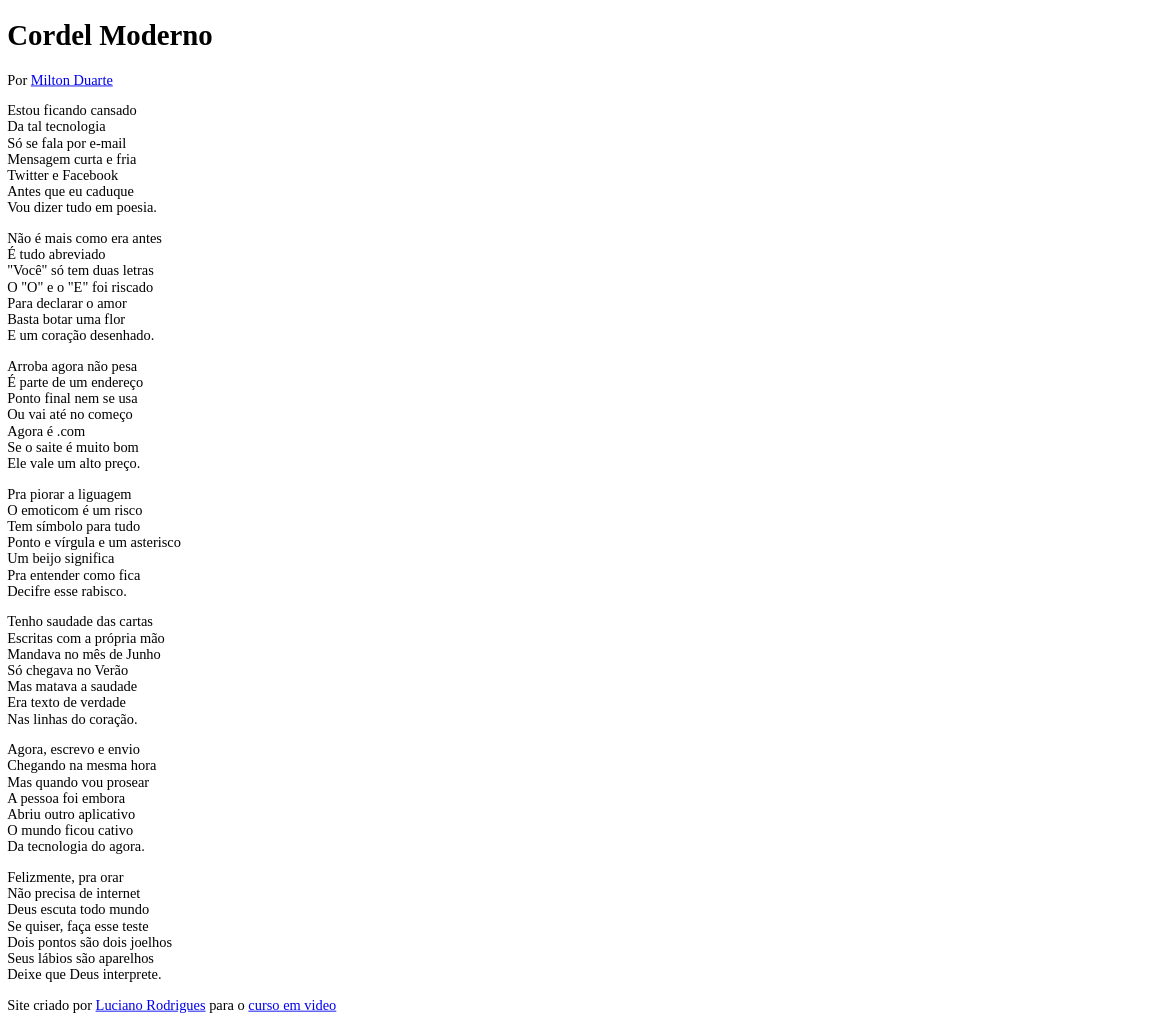
Repository: Lucianorodriguesdev/cursoHTML-CSS
Page: dasafios/index.html
These files come from the project's save history. The page is drawn as it stood at one moment and after the next save; the edit follows.
The browser window is 1280 px wide. The pictures show the whole page, at 90% of full size.

Above is the page before, as saved 2026-06-17 08:58:09.

After the next save:
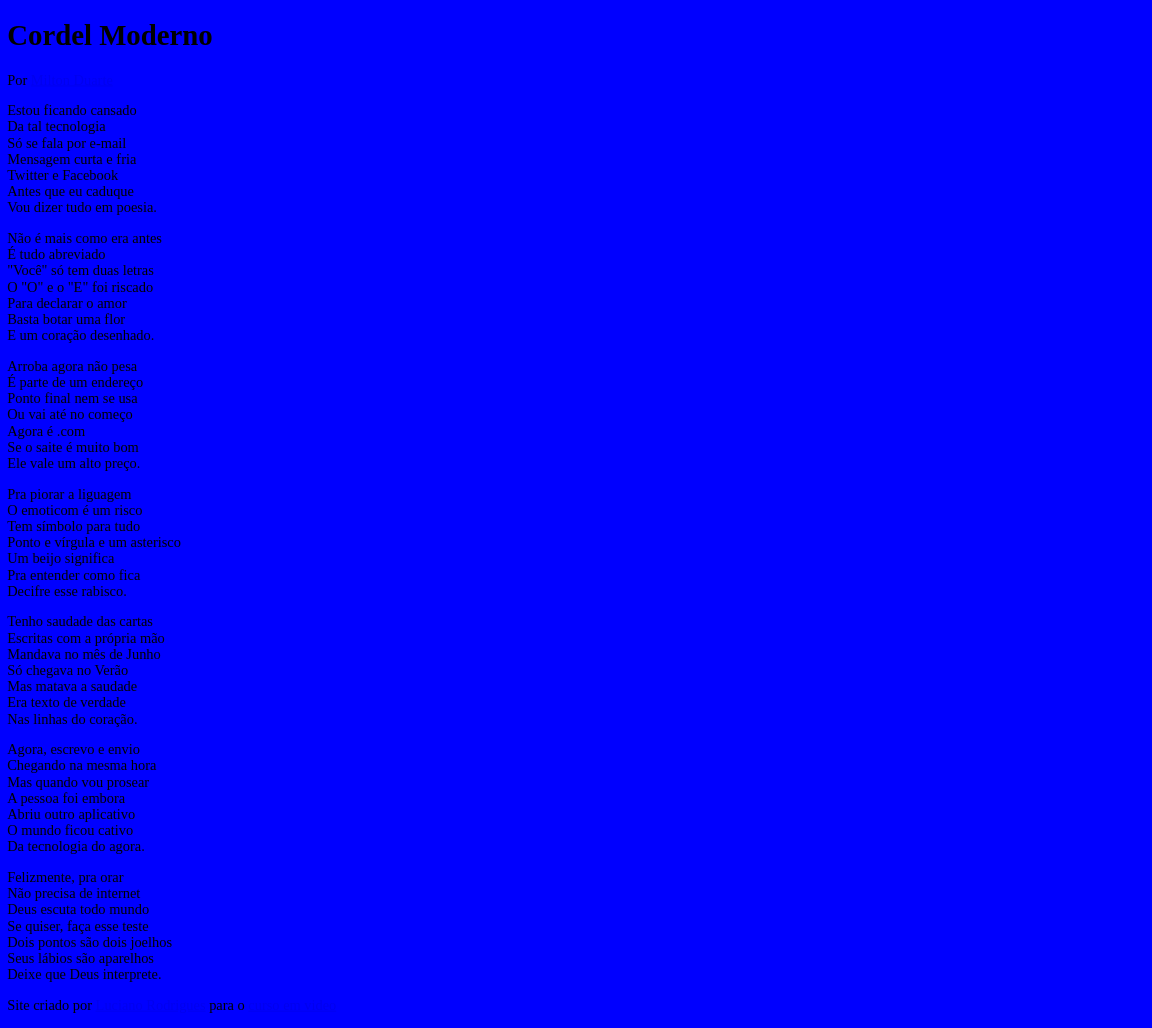
Saved 40 s later.
--- a/dasafios/estilo/style.css
+++ b/dasafios/estilo/style.css
@@ -1 +1,4 @@
 @charset_"UTF-8";
+body{
+    background-color: blue;
+}

After the save that followed:
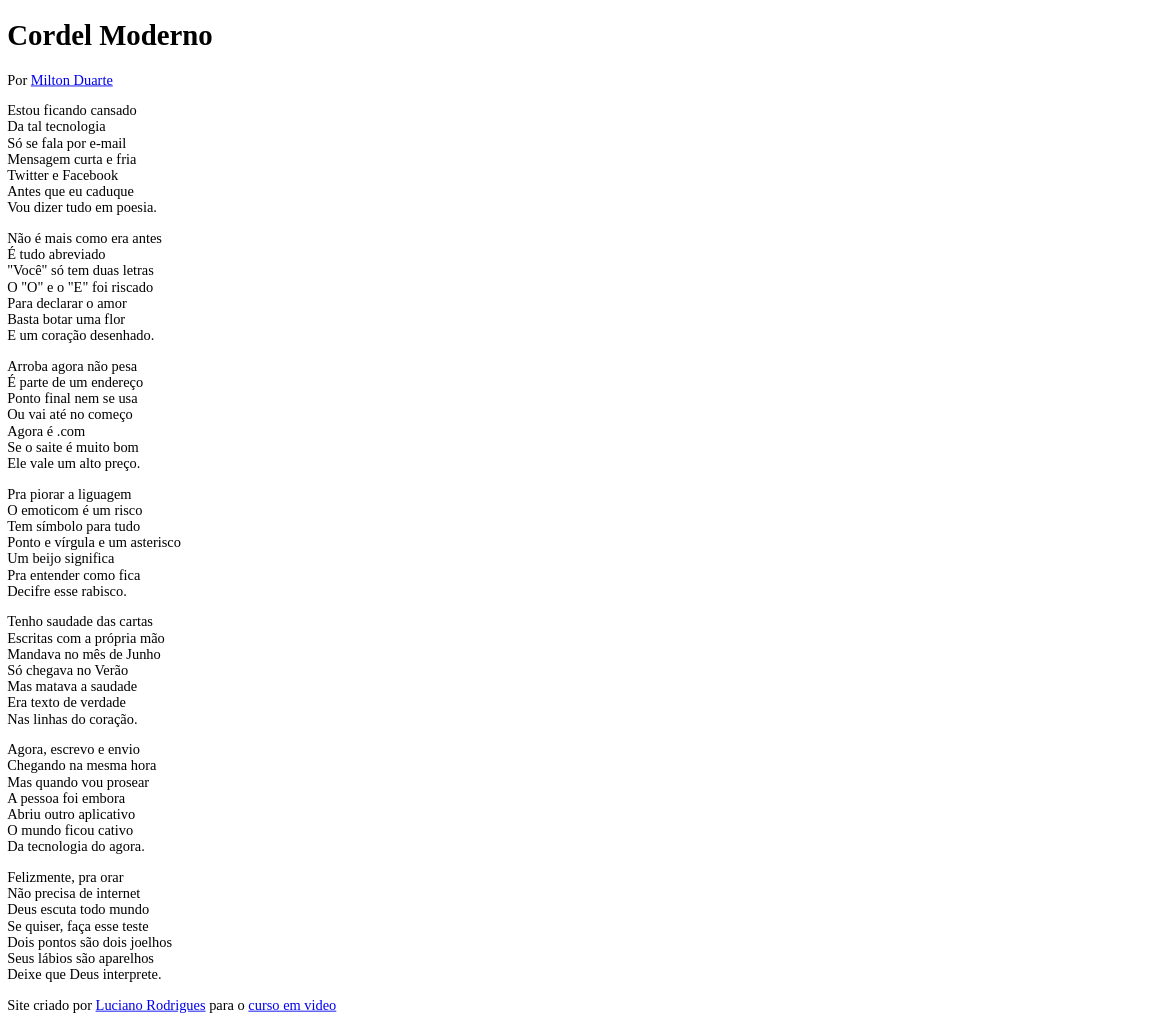
Saved 11 s later.
--- a/dasafios/estilo/style.css
+++ b/dasafios/estilo/style.css
@@ -1,4 +1 @@
 @charset_"UTF-8";
-body{
-    background-color: blue;
-}
